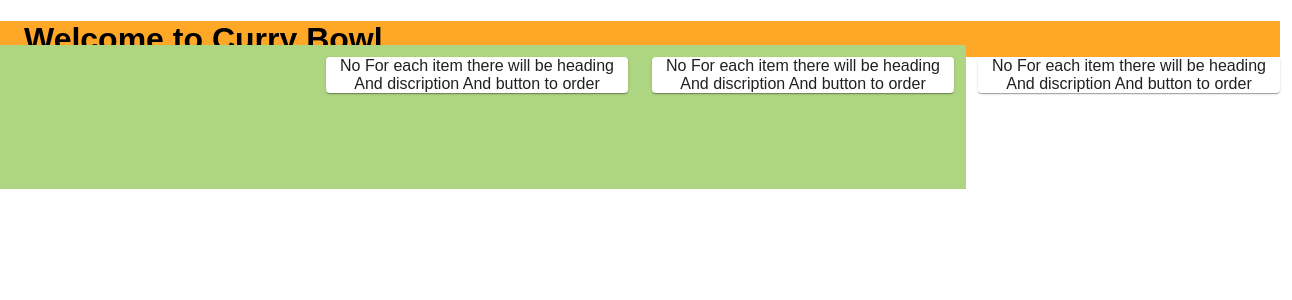
Repository: appikonda/food-order
Page: /
An editor plug-in stored every save of this project. The page is shown before and after the next save, followed by the edit.
The browser window is 1280 px wide. The page is 1292 px wide, so the pictures cover 1292 px, including what lies to the right of the window. The pictures show the whole page.
The project was rebuilt for these pictures with package versions that can differ from the ones it lists, and the page was loaded fresh each time. Also part of the build but not shown: webpack.config.js, src/App.css.

Above is the page before, as saved 2019-08-15 16:29:58.

### src/App.js
import React, { Component } from 'react';
import logo from './logo.svg';
import './App.css';
import OrderFood from './OrderFood.jsx'
class App extends Component {
  render() {
    return (
      <div>

           <OrderFood/>


    </div>
    );
  }
}

export default App;

### src/OrderFood.jsx
import React, { Component } from 'react';

import Typography from '@material-ui/core/Typography';
import Container from '@material-ui/core/Container';
import ExpansionPanel from '@material-ui/core/ExpansionPanel';
import ExpansionPanelDetails from '@material-ui/core/ExpansionPanelDetails';
import ExpansionPanelSummary from '@material-ui/core/ExpansionPanelSummary';
import Iframe from 'react-iframe'
import Grid from '@material-ui/core/Grid';
import { makeStyles  } from '@material-ui/core/styles';


import Paper from '@material-ui/core/Paper';



class OrderFood extends Component {


  render() {
    return (
      <div >

      <Container  fixed style={{ backgroundColor: '#ffa726', height: '5vh' }}>
      <h1>Welcome to Curry Bowl</h1>



      </Container>
      {this.renderGridOptions()}



      </div>
    );
  }
//One for biryani orders // 6.99
//One for one curry options// 5.99/
//One for 2 curry options //6.99
//One for full plate options //8.99

renderGridOptions(){

  return (
    <div >
    <Grid container spacing={3}>
        <Grid item xs={6} sm={3} style={{ backgroundColor: '#aed581', height: '20vh' }} >
          <Paper style={{    textAlign: 'center',  color:'#212121' }}></Paper>
        </Grid>
        <Grid item xs={6} sm={3}  style={{ backgroundColor: '#aed581', height: '20vh' }} >
          <Paper style={{      textAlign: 'center',      color: '#212121'  }}>No   For each item there will be heading
  And discription
  And button to order</Paper>
        </Grid>
        <Grid item xs={6} sm={3}  style={{ backgroundColor: '#aed581', height: '20vh' }}>
          <Paper style={{  textAlign: 'center',  color: '#212121'  }}>
        No
  For each item there will be heading
  And discription
  And button to order</Paper>
        </Grid>
        <Grid item xs={6} sm={3}>
          <Paper style={{

  textAlign: 'center',
  color: '#212121'
  }}>No
  For each item there will be heading
  And discription
  And button to order</Paper>
        </Grid>

  </Grid>
  </div>
  );

}


renderOptions(){



  return(
    <div>
      <ExpansionPanel  >
        <ExpansionPanelSummary
          aria-controls="panel1bh-content"
          id="panel1bh-header"
        ><b>Order Biryani</b>


        </ExpansionPanelSummary>
        <ExpansionPanelDetails>

          <Iframe url="https://docs.google.com/forms/d/e/1FAIpQLSdyKr7HLqYcw9uLIflgbRmy-7WHtb8fDuJuym8K5pYcW45q3g/viewform"
         width="900px"
         height="600px"
            />

        </ExpansionPanelDetails>
      </ExpansionPanel>
      <ExpansionPanel >
        <ExpansionPanelSummary

          aria-controls="panel2bh-content"
          id="panel2bh-header"
        >
          Order One Curry Plate

        </ExpansionPanelSummary>
        <ExpansionPanelDetails>
          <Typography>
          Linkk to add One Curry Plate
          </Typography>
        </ExpansionPanelDetails>
      </ExpansionPanel>
      <ExpansionPanel  >
        <ExpansionPanelSummary

          aria-controls="panel3bh-content"
          id="panel3bh-header"
        >
          Order two Curry Plate
        </ExpansionPanelSummary>
        <ExpansionPanelDetails>
          <Typography>
          Linkk to add two curries plaues
          </Typography>
        </ExpansionPanelDetails>
      </ExpansionPanel>
      <ExpansionPanel >
        <ExpansionPanelSummary

          aria-controls="panel4bh-content"
          id="panel4bh-header"
        >
          <Typography>Full Plate </Typography>
        </ExpansionPanelSummary>
        <ExpansionPanelDetails>
          <Typography>
            Nunc vitae orci ultricies, auctor nunc in, volutpat nisl. Integer sit amet egestas eros,
            vitae egestas augue. Duis vel est augue.
          </Typography>
        </ExpansionPanelDetails>
      </ExpansionPanel>
    </div>
  );


}


}

export default OrderFood;

Loaded but not shown: public/index.html (common file); src/index.js (common file); src/index.css (common file)

After the next save:
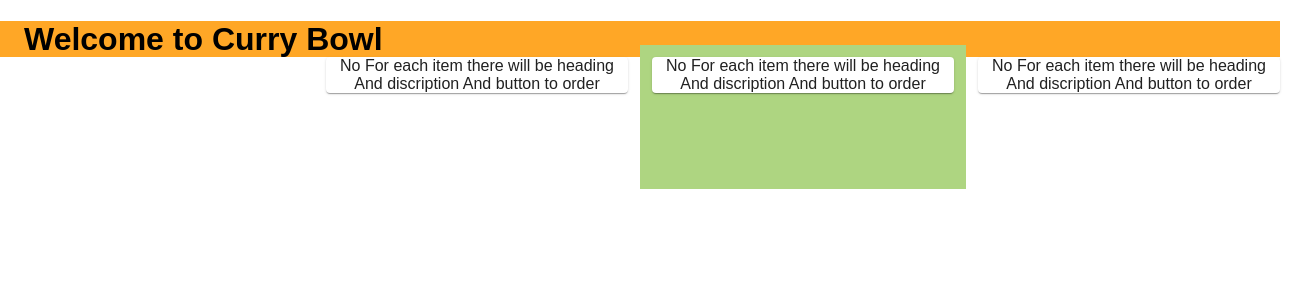
Saved 21 s later.
--- a/src/OrderFood.jsx
+++ b/src/OrderFood.jsx
@@ -44,10 +44,10 @@
   return (
     <div >
     <Grid container spacing={3}>
-        <Grid item xs={6} sm={3} style={{ backgroundColor: '#aed581', height: '20vh' }} >
+        <Grid item xs={6} sm={3}  >
           <Paper style={{    textAlign: 'center',  color:'#212121' }}></Paper>
         </Grid>
-        <Grid item xs={6} sm={3}  style={{ backgroundColor: '#aed581', height: '20vh' }} >
+        <Grid item xs={6} sm={3}  >
           <Paper style={{      textAlign: 'center',      color: '#212121'  }}>No   For each item there will be heading
   And discription
   And button to order</Paper>
